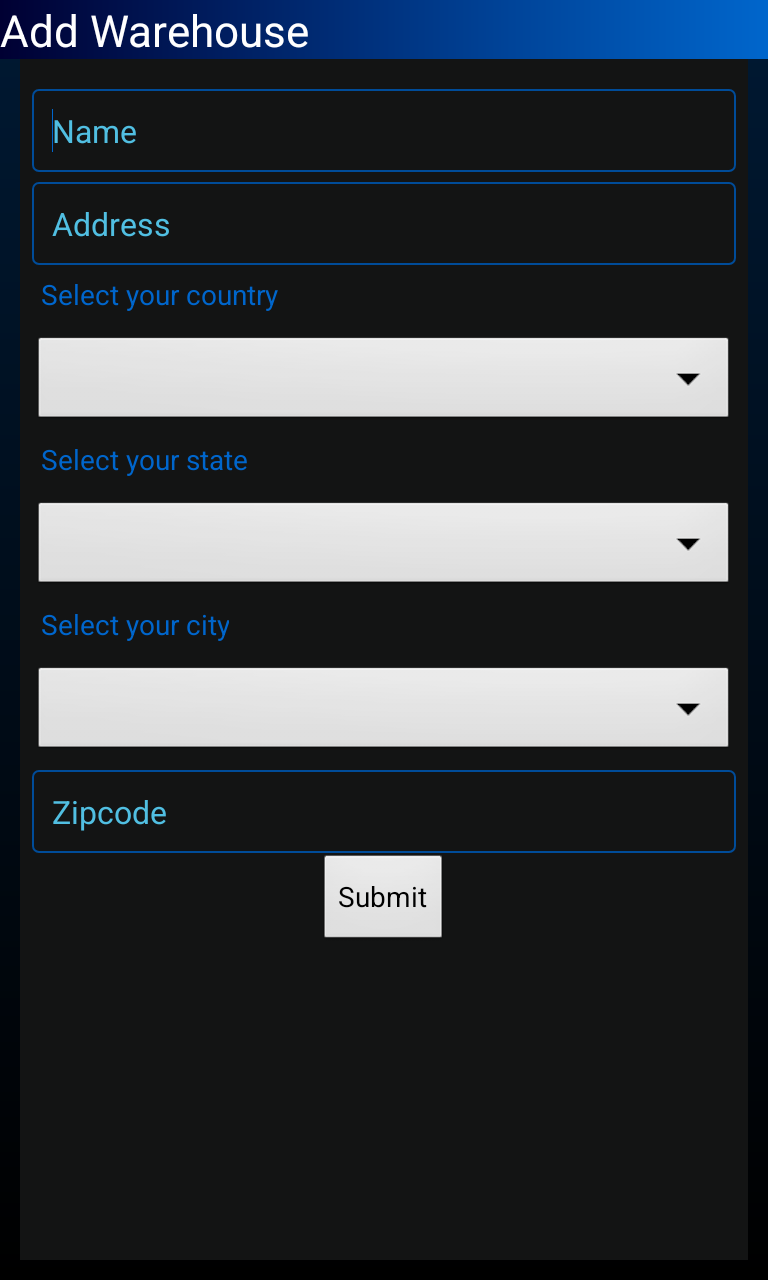
Repository: jasleen1291/B2BMobileApplication
Layout: Mobile E Commerce/B2B/res/layout/fragment_view_all_warehouse.xml
An editor plug-in stored every save of this project. The layout is shown before and after the next save, followed by the edit.
It is drawn on a 768 x 1280 px phone screen (xhdpi) without system bars, with theme mycustomtheme; the app's code is not run.

Above is the layout before, as saved 2013-05-27 15:18:33.

### Mobile E Commerce/B2B/res/layout/fragment_view_all_warehouse.xml
<ScrollView xmlns:android="http://schemas.android.com/apk/res/android"
    xmlns:tools="http://schemas.android.com/tools"
    android:layout_width="match_parent"
    android:layout_height="match_parent">
<LinearLayout
    android:layout_width="match_parent"
    android:layout_height="wrap_content"
    android:orientation="vertical"
    tools:context=".AddWarehouse" >

    <!-- TODO: Update blank fragment layout -->



    <TextView
        style="@style/titlebarstyle"
        android:text="@string/addWarehouse" />

    <EditText
        android:id="@+id/editText1"
        android:layout_width="match_parent"
        android:layout_height="wrap_content"
        android:hint="@string/name"
        style="@style/EditTextStyle"
        android:ems="10" >

        <requestFocus />
    </EditText>

    <EditText
        android:id="@+id/editText2"
        android:layout_width="match_parent"
        android:layout_height="wrap_content"
        style="@style/EditTextStyle"
        android:hint="@string/address"
        android:ems="10" />
     <TextView
                style="@style/TextViewStyle"
                android:paddingLeft="15dp"
                android:paddingRight="15dp"
                android:text="@string/country" />

            <Spinner
                android:id="@+id/country"
                style="@style/SpinnerStyle"
                android:prompt="@string/country"


                />

            <TextView
                style="@style/TextViewStyle"
                android:paddingLeft="15dp"
                android:paddingRight="15dp"
                android:text="@string/state" />

            <Spinner
                android:id="@+id/state"
                style="@style/SpinnerStyle"
                android:prompt="@string/state" />

            <TextView
                style="@style/TextViewStyle"
                android:paddingLeft="15dp"
                android:paddingRight="15dp"
                android:text="@string/city" />

            <Spinner
                android:id="@+id/city"
                style="@style/SpinnerStyle"
                android:prompt="@string/city" />

            <EditText
                android:id="@+id/zipcode"
                style="@style/EditTextStyle"
                android:hint="@string/zipcode"
                android:imeOptions="actionDone"
                android:inputType="number"
                 />

    <Button
        android:id="@+id/submit"
        android:layout_width="wrap_content"
        android:layout_height="wrap_content"
        android:layout_gravity="center_horizontal"
        android:text="@string/submit" />

</LinearLayout>
</ScrollView>

### Mobile E Commerce/B2B/res/values/mycustomtheme.xml
<?xml version="1.0" encoding="utf-8"?>
<resources xmlns:android="http://schemas.android.com/apk/res/android">
    <style name="mycustomtheme" parent="@android:style/Theme.NoTitleBar.Fullscreen">
        <item name="android:windowBackground">@drawable/mybg</item>
       	<item name="android:textColor">#0066cc</item>
       	<item name="android:textColorHint">#51BFE2</item>
    </style>

</resources>

### Mobile E Commerce/B2B/res/drawable/mybg.xml
<?xml version="1.0" encoding="utf-8"?>
<layer-list  xmlns:android="http://schemas.android.com/apk/res/android">
    <item>
<shape android:shape="rectangle">



        <gradient android:startColor="#001933"  android:endColor="#000" android:angle="270"/>


</shape>
</item>
<item android:left="10dp" android:top="10dp" android:right="10dp" android:bottom="10dp">

<shape android:shape="rectangle">



        <solid android:color="#131414"></solid>


</shape>
</item>
</layer-list>

### Mobile E Commerce/B2B/res/values/styles.xml
<?xml version="1.0" encoding="utf-8"?>
<resources xmlns:android="http://schemas.android.com/apk/res/android">

    <!--
        Base application theme, dependent on API level. This theme is replaced
        by AppBaseTheme from res/values-vXX/styles.xml on newer devices.

    -->
    <style name="AppBaseTheme" parent="android:Theme.Light">
        <!--
            Theme customizations available in newer API levels can go in
            res/values-vXX/styles.xml, while customizations related to
            backward-compatibility can go here.

        -->
    </style>

    <!-- Application theme. -->
    <style name="AppTheme" parent="AppBaseTheme">
        <!-- All customizations that are NOT specific to a particular API-level can go here. -->
    </style>

    <style name="LoginFormContainer">
        <item name="android:layout_width">match_parent</item>
        <item name="android:layout_height">wrap_content</item>
        <item name="android:padding">16dp</item>
    </style>
    <style name="TextViewStyle">
        <item name="android:layout_width">wrap_content</item>
        <item name="android:layout_height">wrap_content</item>
        <item name="android:gravity">right</item>
        <item name="android:textSize">14sp</item>
        <item name="android:textColor">#0066cc</item>
        <item name="android:layout_margin">5dp</item>
    </style>
	<style name="EditTextStyle">
        <item name="android:layout_width">match_parent</item>
        <item name="android:layout_height">wrap_content</item>
        <item name="android:textSize">16sp</item>
        <item name="android:textColor">#0066cc</item>

        <item name="android:layout_marginLeft">16dp</item>
        <item name="android:layout_marginRight">16dp</item>
        <item name="android:layout_marginTop">5dp</item>
        <item name="android:background">@drawable/textview_border</item>
    </style>
	<style name="SpinnerStyle">
        <item name="android:layout_width">match_parent</item>
        <item name="android:layout_height">wrap_content</item>
        <item name="android:textSize">16sp</item>
        <item name="android:textColor">#0066cc</item>

        <item name="android:layout_marginLeft">16dp</item>
        <item name="android:layout_marginRight">16dp</item>
        <item name="android:layout_marginTop">5dp</item>

    </style>
	<style name="titlebarstyle">
	    <item name="android:layout_marginBottom">10dp</item>
        <item name="android:layout_width">match_parent</item>
        <item name="android:layout_height">wrap_content</item>
        <item name="android:background">@drawable/titlebar</item>
        <item name="android:textColor">@android:color/white</item>
        <item name="android:textAppearance">?android:attr/textAppearanceLarge</item>
	</style>
	<style name="titlebarstylesmall">


        <item name="android:textColor">@android:color/white</item>

	</style>
</resources>

### Mobile E Commerce/B2B/res/values/strings.xml
<?xml version="1.0" encoding="utf-8"?>
<resources>

    <string name="app_name">B2B</string>
    <string name="action_settings">Settings</string>
    <string name="hello_world">Hello world!</string>
    <string name="Loading">Loading&#8230;&#8230;&#8230;</string>
    <string name="title_activity_sign_up">Sign Up</string>

    <string-array name="signUpAsArray">
        <item>Customer</item>
        <item>Retailer</item>
        <item>Supplier</item>
    </string-array>

    <string name="title_activity_registeration">RegisterationActivity</string>
    <string name="title_activity_customer_area">CustomerArea</string>
    <string name="welcome">Welcome</string>
    <string name="title_activity_admin_area">Admin_area</string>
    <string name="general_complaint_fragment">General Complaint</string>
    <string name="hello_blank_fragment">Hello blank fragment</string>
    <string name="general_complaint">General Complaint</string>
    <string name="respond">Respond</string>
    <string name="submit">Submit</string>
    <string name="addcategory">Parent Category</string>
    <string name="categoryhint">Category</string>
    <string name="AddParentCategory">Add super category</string>
    <string name="complaintAbout">Complaint About</string>
    <string name="complainFrom">Complaint From</string>
    <string name="itemComplaint">Complaints about Items</string>
    <string name="shopComplaint">Complaint about shop</string>
    <string name="generalNotification">General Notification</string>
    <string name="urgentNotification">Urgent Notification</string>
    <string name="title">Title</string>
    <string name="message">Message</string>
    <string name="markAll">Mark all</string>
    <string name="advertisementPricing">Advertisement Pricing</string>
    <string name="desc">Description</string>
    <string name="days">No of days</string>
    <string name="cost">Cost</string>
    <string name="size">Size of advertisement</string>
    <string name="type">Type</string>
    <string name="fine">Fine</string>
    <string name="pickCategory">Pick a Category</string>

    <string-array name="typeArray">
        <item>Retailer</item>
        <item>Supplier</item>
    </string-array>

    <string name="update">Update</string>
    <string name="delete">Delete</string>
    <string name="view_advertisement">View Advertisements</string>
    <string name="noofcategories">No of Categories</string>
    <string name="shoppricing">Shop Pricing</string>
    <string name="view_fine_pricing">View Fine Pricing</string>
    <string name="shop_pricing">Shop Pricing</string>
    <string name="subCategory">Add Sub Category</string>
    <string name="addshop">Add Shop</string>
    <string name="title_activity_pay_fine">Pay Fine</string>
    <string name="finetitle">Your account has been suspended by the admin. Pay fine to continue using this applciation.</string>
    <string name="fineabc">Your payment has been received. Your account will now be restored. Please wait few minutes</string>
    <string name="title_activity_retailer_area">Retailer_area</string>
    <string name="title_activity_first_time_login">FirstTimeLogin</string>
    <string name="EditMyCategories">Edit My Categories</string>
    <string name="addnewitem">Add New Item</string>
    <string name="itemname">Item Name</string>
    <string name="longdescription">Long Description</string>
    <string name="qtyperunit">Qty Per unit</string>
    <string name="unit_of_measurement">Unit of Measurement</string>
    <string name="shopName">Shop Name</string>
    <string name="description">Description</string>
    <string name="categoriesAllowed">No of categories allowed</string>
    <string name="itemsSelling">No of Items Selling</string>
    <string name="itemsAvailable">No of Items not Selling</string>
    <string name="expirydate">Expiry Date</string>
    <string name="paymentEmail">Payment Email</string>
    <string name="selectcategory">Select a Category</string>
    <string name="clicktochange">Click On Image To Change It</string>
    <string name="cp">C.P.</string>
    <string name="sp">S.P.</string>
    <string name="minorder">Min order</string>
    <string name="discount">Discount</string>
    <string name="qtyonorder">Qty. On Order</string>
    <string name="qtyonhand">Qty. On Hand</string>
    <string name="qty">Qty.</string>
    <string name="viewdetails">View Details</string>
    <string name="note">Long Click on Image to view expanded image</string>
    <string name="chngImg">Change Image</string>
    <string name="addWarehouse">Add Warehouse</string>
    <string name="name">Name</string>
    <string name="cancel">Cancel</string>
    <string name="itemavailabilty">Item Availabilty</string>
    <string name="batchDiscounts">Batch Discounts</string>
    <string name="clicktoupdate">Click to Update</string>
    <string name="add">Add</string>
    <string name="place_order">Place Order</string>
    <string name="Method">Method</string>
    <string name="warehouse">Warehouse</string>
    <string-array name="ordervia">
        <item >Email</item>
        <item >Phone</item>
    </string-array>
        <string name="total">Total</string>
        <string name="zero">0</string>
        <string name="totalitems">Total No of Items</string>
        <string name="date">Date</string>
        <string name="placed_by">Placed To</string>
        <string name="placed_to">Placed To</string>
        <string name="shipment_address">Shipment Address</string>
        <string name="vieworderlist">View Orders List</string>
        <string name="order_details">Order Details</string>
        <string name="update_status">Update Status</string>
        <string name="categories">Categories</string>
        <string name="plan_details">Plan Details</string>
        <string name="choose_background">Choose background</string>
        <string name="buy_advertisement">Buy Advertisement</string>
        <string name="choose_text_color">Choose text Color</string>
        <string name="view_warehouses">View Warehouse</string>

</resources>

### Mobile E Commerce/B2B/res/values/strings_activity_sign_up.xml
<?xml version="1.0" encoding="utf-8"?>
<resources>
    <string name="FirstName">First Name</string>
    <string name="LastName">Last Name</string>
    <string name="email">Email</string>
    <string name="phone1">Phone1</string>
    <string name="phone2">Phone2</string>
    <string name="address">Address</string>
    <string name="city">Select your city</string>
    <string name="state">Select your state</string>
    <string name="country">Select your country</string>
    <string name="zipcode">Zipcode</string>
    <string name="balance">Enter your opening balance</string>
    <string name="SignUpAs">Signup As</string>
    <string name="done">Done</string>
    <string name="updateInfo">Update Info</string>

</resources>

### Mobile E Commerce/B2B/res/drawable/textview_border.xml
<?xml version="1.0" encoding="utf-8"?>
<shape xmlns:android="http://schemas.android.com/apk/res/android" android:shape="rectangle">
    <corners android:radius="3dp"></corners>
	<stroke android:width="1dp" android:color="#004C99"/>
	<padding android:left="10dp" android:top="10dp" android:right="10dp" android:bottom="10dp"/>
</shape>

### Mobile E Commerce/B2B/res/drawable/titlebar.xml
<?xml version="1.0" encoding="utf-8"?>
<shape xmlns:android="http://schemas.android.com/apk/res/android" android:shape="rectangle">
    <gradient  android:endColor="#0066CC" android:startColor="#000033"/>

</shape>

After the next save:
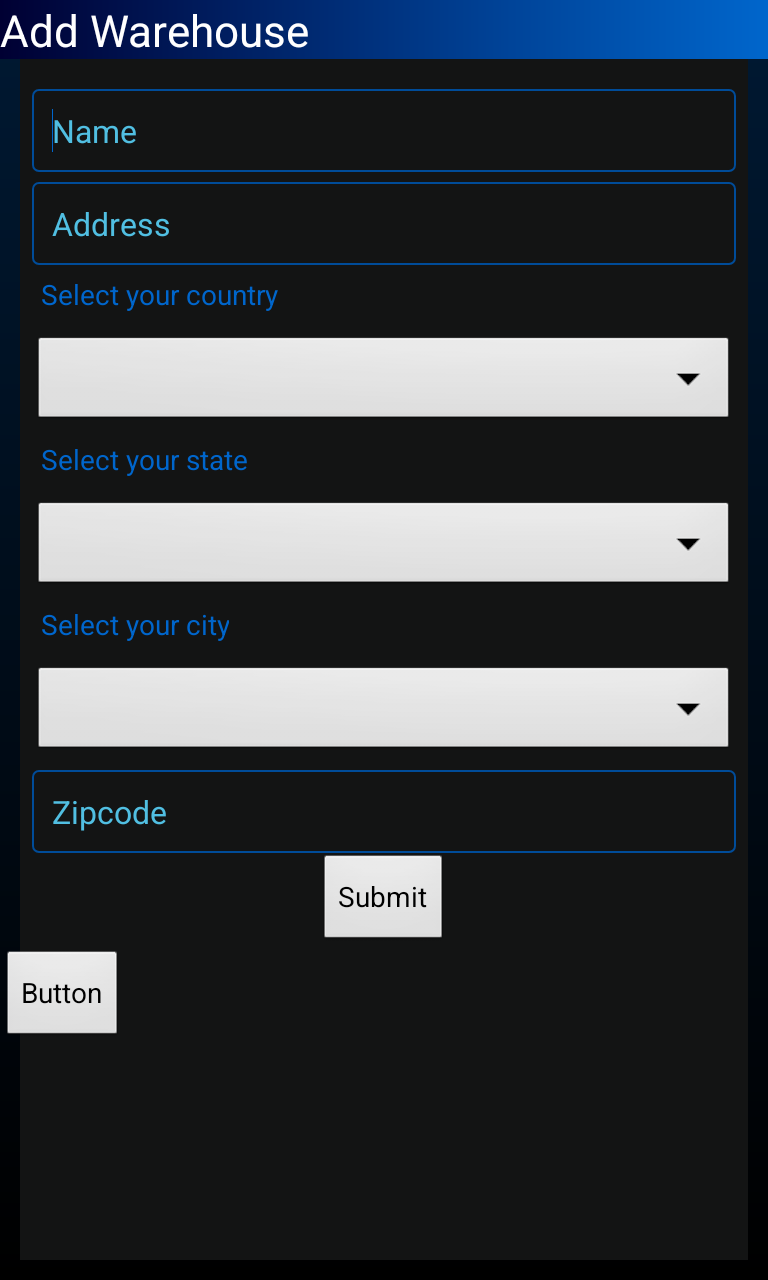
Saved 12 min 8 s later.
--- a/Mobile E Commerce/B2B/res/layout/fragment_view_all_warehouse.xml
+++ b/Mobile E Commerce/B2B/res/layout/fragment_view_all_warehouse.xml
@@ -85,5 +85,11 @@
         android:layout_gravity="center_horizontal"
         android:text="@string/submit" />
 
+    <Button
+        android:id="@+id/button1"
+        android:layout_width="wrap_content"
+        android:layout_height="wrap_content"
+        android:text="Button" />
+
 </LinearLayout>
 </ScrollView>

After the save that followed:
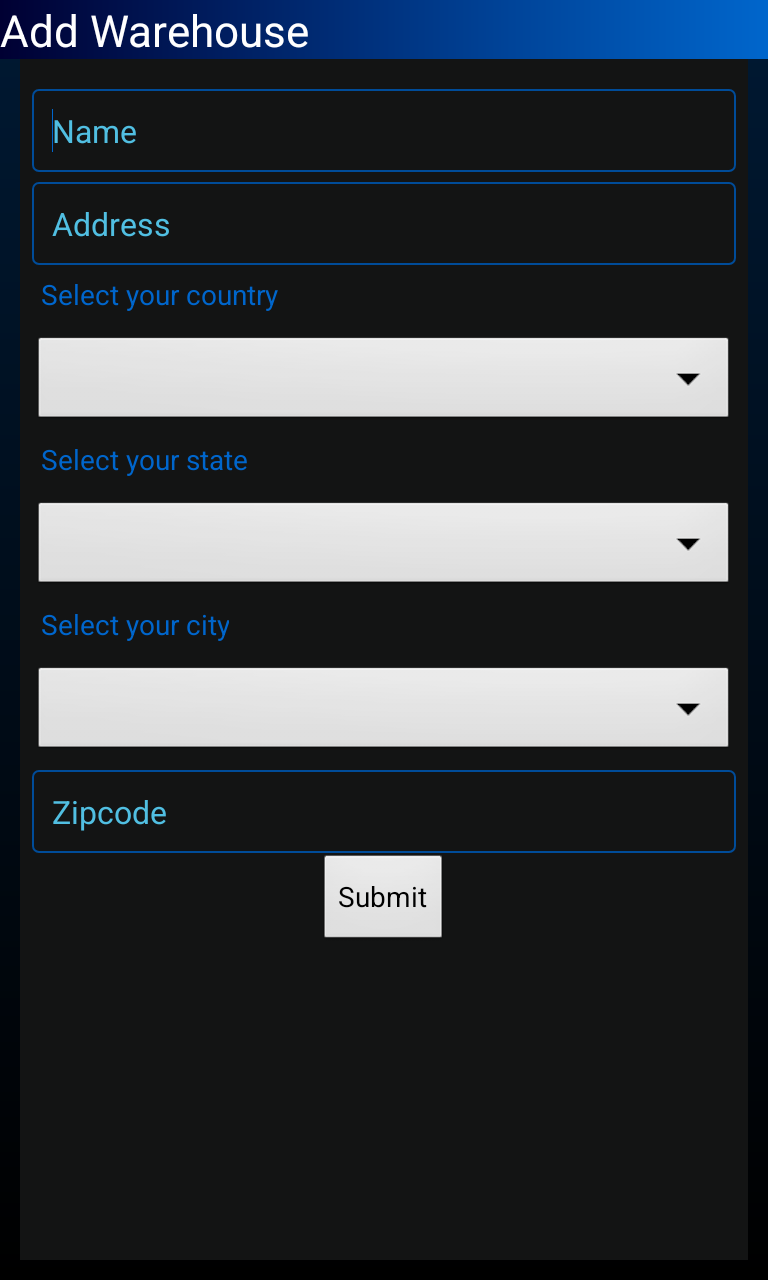
Saved 4 s later.
--- a/Mobile E Commerce/B2B/res/layout/fragment_view_all_warehouse.xml
+++ b/Mobile E Commerce/B2B/res/layout/fragment_view_all_warehouse.xml
@@ -85,11 +85,6 @@
         android:layout_gravity="center_horizontal"
         android:text="@string/submit" />
 
-    <Button
-        android:id="@+id/button1"
-        android:layout_width="wrap_content"
-        android:layout_height="wrap_content"
-        android:text="Button" />
 
 </LinearLayout>
 </ScrollView>
